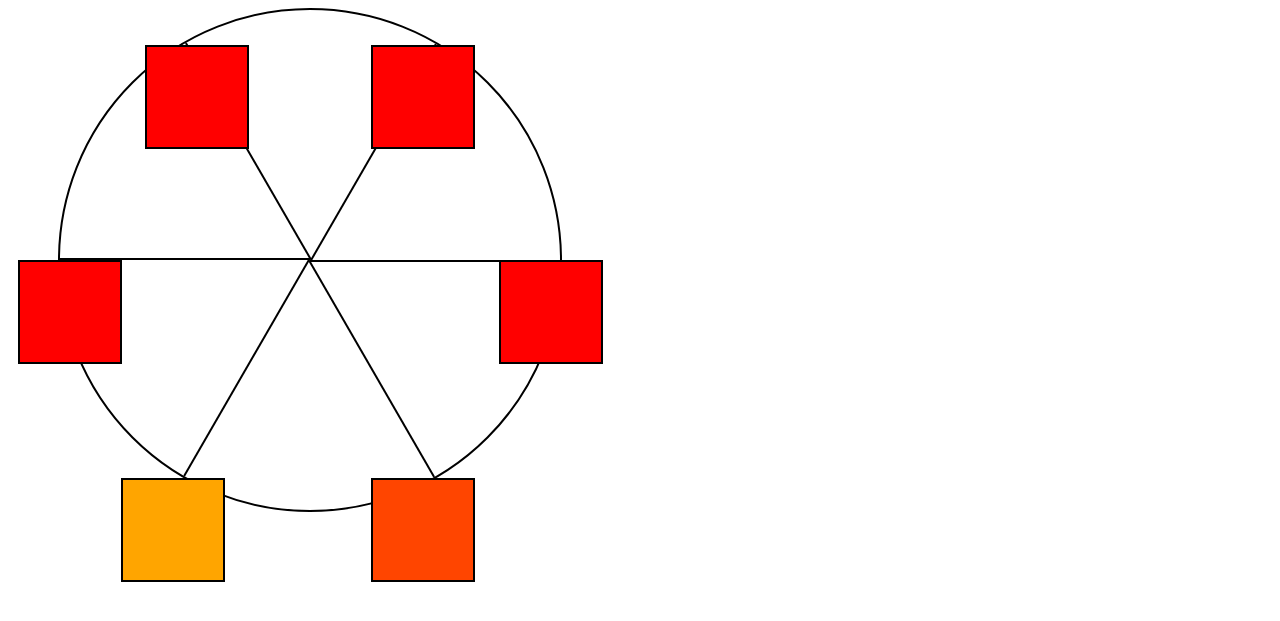
Repository: Lungdjos/ferris_wheel
Page: index.html
An editor plug-in stored every save of this project. The page is shown before and after a run of saves, followed by the edit.
The browser window is 1280 px wide. The pictures show the whole page.

Above is the page before, as saved 2024-01-11 09:27:27.

### index.html
<!DOCTYPE html>
<html lang="en">

<head>
    <meta charset="UTF-8">
    <meta name="viewport" content="width=device-width, initial-scale=1.0">
    <title>Ferris Wheel</title>
    <link rel="stylesheet" href="./styles.css">
</head>

<body>
    <div class="wheel">
        <span class="line"></span>
        <span class="line"></span>
        <span class="line"></span>
        <span class="line"></span>
        <span class="line"></span>
        <span class="line"></span>
        <div class="cabin"></div>
        <div class="cabin"></div>
        <div class="cabin"></div>
        <div class="cabin"></div>
        <div class="cabin"></div>
        <div class="cabin"></div>
    </div>

</body>

</html>

### styles.css
/* styling for the wheel */

.wheel {
    border: 2px solid black;
    border-radius: 50%;
    margin-left: 50px;
    position: absolute;
    height: 55vw;
    width: 55vw;
    max-width: 500px;
    max-height: 500px;
}


/* styling for the line */

.line {
    background-color: black;
    height: 2px;
    width: 50%;
    top: 50%;
    left: 50%;
    position: absolute;
    transform-origin: 0% 0%;
}

.line:nth-of-type(2) {
    transform: rotate(60deg);
}

.line:nth-of-type(3) {
    transform: rotate(120deg);
}

.line:nth-of-type(4) {
    transform: rotate(180deg);
}

.line:nth-of-type(5) {
    transform: rotate(240deg);
}

.line:nth-of-type(6) {
    transform: rotate(-60deg);
}


/* styling for the cabin */

.cabin {
    background-color: red;
    width: 20%;
    height: 20%;
    border: 2px solid;
    position: absolute;
    transform-origin: 50% 0%;
}

.cabin:nth-of-type(1) {
    right: -8.5%;
    top: 50%;
}

.cabin:nth-of-type(2) {
    right: 17%;
    top: 93.5%;
    background-color: orangered;
}

.cabin:nth-of-type(3) {
    right: 67%;
    top: 93.5%;
    background-color: orange;
}

.cabin:nth-of-type(4) {
    left: -8.5%;
    top: 50%;
    background-color:
}

.cabin:nth-of-type(5) {
    left: 17%;
    top: 7%;
}

.cabin:nth-of-type(6) {
    right: 17%;
    top: 7%;
}

After the next 2 saves:
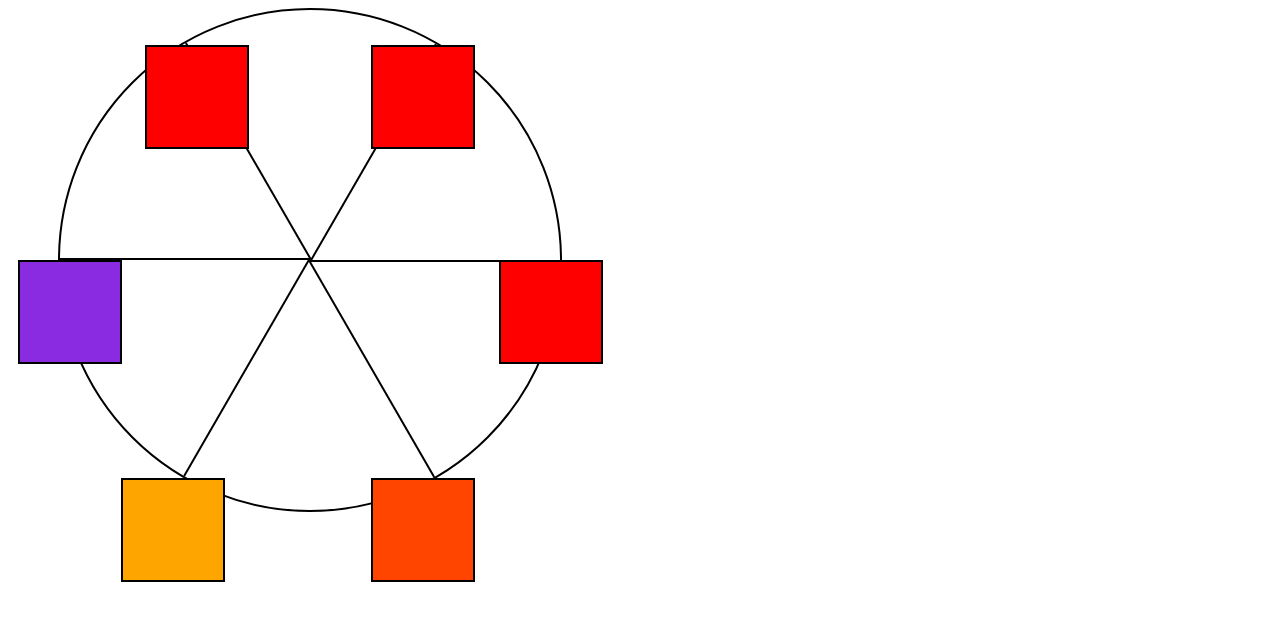
The 2 saves are shown as one change because they came seconds apart.
The last was saved 8 s later.
--- a/styles.css
+++ b/styles.css
@@ -76,7 +76,7 @@
 .cabin:nth-of-type(4) {
     left: -8.5%;
     top: 50%;
-    background-color:
+    background-color: blueviolet;
 }
 
 .cabin:nth-of-type(5) {
